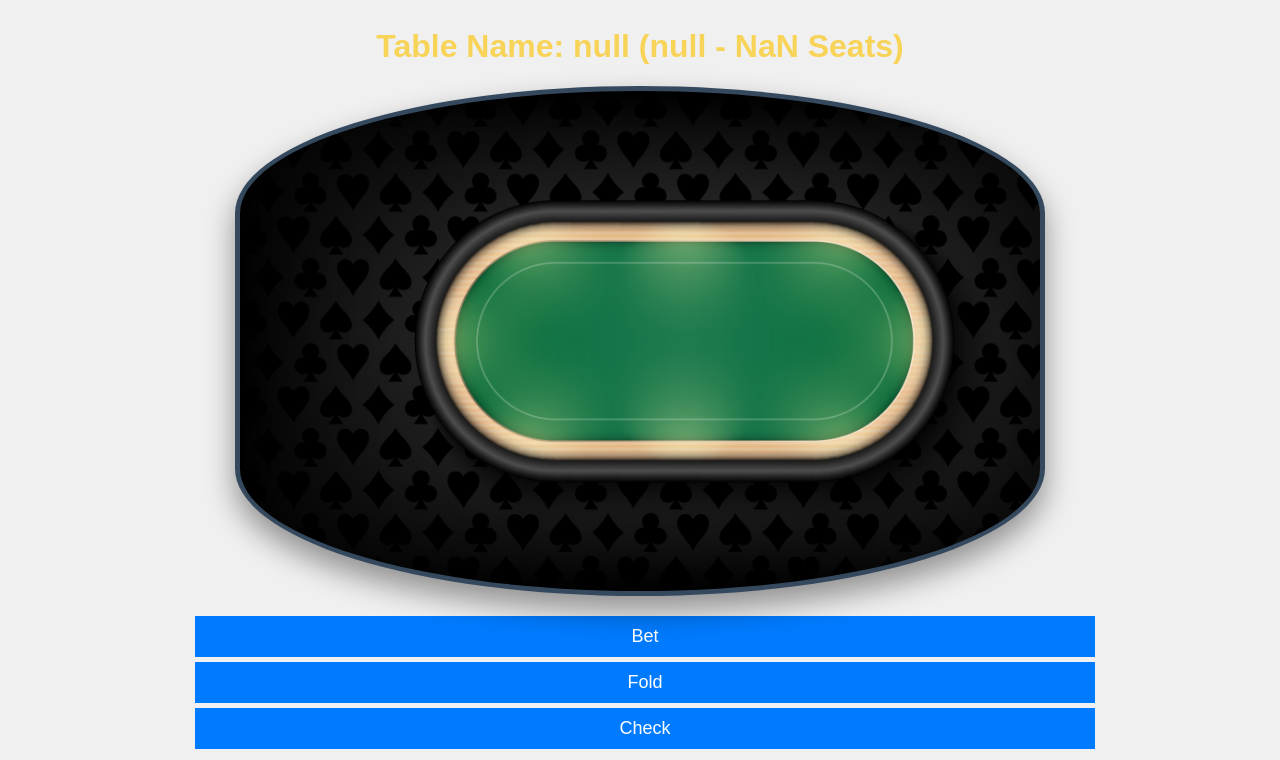
Repository: KidBillionaire/newapp
Page: public/playTable.html
The author's editor kept a copy of each file at every save. The page is drawn from the files as they stood at one save, then again after the next save.
The browser window is 1280 px wide. The pictures show the whole page.

Above is the page before, as saved 2024-10-10 17:14:45.

### public/playTable.html
<!DOCTYPE html>
<html lang="en">
<head>
    <meta charset="UTF-8">
    <meta name="viewport" content="width=device-width, initial-scale=1.0">
    <title>Sit Down at the Poker Table</title>
    <link rel="stylesheet" href="styles.css">
</head>
<body>
    <div class="container">
        <h1 id="tableNameHeading">Poker Table</h1>
        <div id="pokerTableContainer">
            <!-- Seats will be dynamically populated here -->
        </div>
        <div id="actionsContainer">
            <button id="betButton" disabled>Bet</button>
            <button id="foldButton" disabled>Fold</button>
            <button id="checkButton" disabled>Check</button>
        </div>
    </div>

    <script>
        const pokerTableContainer = document.getElementById('pokerTableContainer');
        const betButton = document.getElementById('betButton');
        const foldButton = document.getElementById('foldButton');
        const checkButton = document.getElementById('checkButton');
        const tableNameHeading = document.getElementById('tableNameHeading');

        // Retrieve the table settings from local storage
        const tableName = localStorage.getItem('pokerTableName');
        const numSeats = parseInt(localStorage.getItem('numSeats'));
        const tableType = localStorage.getItem('tableType');

        tableNameHeading.textContent = `Table Name: ${tableName} (${tableType} - ${numSeats} Seats)`;

        // Populate seats around the table
        const xRadius = 350;
        const yRadius = 200;
        const centerX = 400;
        const centerY = 250;

        for (let i = 0; i < numSeats; i++) {
            const seat = document.createElement('div');
            seat.className = 'seat';
            seat.textContent = i + 1;
            seat.setAttribute('data-seat', i);
            seat.addEventListener('click', takeSeat); // Add event listener for seating
            pokerTableContainer.appendChild(seat);

            const angle = (i / numSeats) * (2 * Math.PI);
            const x = centerX + xRadius * Math.cos(angle) - (seat.offsetWidth / 2);
            const y = centerY + yRadius * Math.sin(angle) - (seat.offsetHeight / 2);

            seat.style.left = `${x}px`;
            seat.style.top = `${y}px`;
        }

        // Handle taking a seat
        function takeSeat(event) {
            const seat = event.target;
            const seatNumber = seat.getAttribute('data-seat');

            // Highlight the seat and disable other seats
            seat.style.backgroundColor = '#00cc44'; // Mark user seat as green
            seat.textContent = 'You'; // Change to "You"
            pokerTableContainer.childNodes.forEach(node => node.removeEventListener('click', takeSeat));

            // Enable action buttons
            betButton.disabled = false;
            foldButton.disabled = false;
            checkButton.disabled = false;

            console.log(`You took seat ${seatNumber}. Ready to play!`);
        }

        // Set up button actions
        betButton.addEventListener('click', () => console.log('You bet!'));
        foldButton.addEventListener('click', () => console.log('You folded!'));
        checkButton.addEventListener('click', () => console.log('You checked!'));
    </script>
</body>
</html>

### public/styles.css
/* Root Variables */
:root {
    --primary-color: #333;
    --secondary-color: #007BFF;
    --background: #f7f9fc;
}

/* General Body Styles */
body {
    font-family: Arial, sans-serif;
    background: var(--background);
    color: var(--primary-color);
    padding: 20px;
}

/* Typography */
h1 {
    text-align: center;
    color: var(--primary-color);
}

.montserrat-title {
    font-family: 'Montserrat', sans-serif;
    font-weight: 700;
}

.montserrat-body {
    font-family: 'Montserrat', sans-serif;
    font-weight: 400;
}

/* Button Styles */
button {
    display: block;
    margin: 10px auto;
    padding: 10px 20px;
    font-size: 16px;
    background-color: var(--secondary-color);
    color: white;
    cursor: pointer;
    border: none;
    transition: background-color 0.3s;
}

button:hover {
    background-color: #555;
}

/* Table Styles */
#userTable {
    width: 80%;
    margin: 0 auto;
    border-collapse: collapse;
}

#userTable th,
#userTable td {
    border: 1px solid #ddd;
    padding: 8px;
    text-align: center;
}

#userTable th {
    background-color: var(--primary-color);
    color: white;
}

/* Profile Settings Section */
#profileSettings {
    margin: 20px auto;
    width: 50%;
    border: 1px solid #ddd;
    padding: 20px;
    background-color: #fff;
    box-shadow: 0 0 10px rgba(0, 0, 0, 0.1);
}

#profileSettings label {
    display: inline-block;
    width: 150px;
}

#profileSettings input {
    width: calc(100% - 160px);
    padding: 8px;
    margin: 8px 0;
}

#profileSettings button {
    width: 100%;
    padding: 10px;
}

/* Create a specific class for the Create Poker Table page */
.create-table-page {
    background-image: url('images/vecteezy_poker-table-green-cloth-on-dark-background-vector-illustration_6325236.jpg');
    background-size: cover;
    background-repeat: no-repeat;
    background-position: center;
    background-attachment: fixed;
    height: 100vh;
    display: flex;
    justify-content: center;
    align-items: center;
    position: relative; /* Allows for overlay positioning */
}

.create-table-page::after {
    content: '';
    position: absolute;
    top: 0;
    left: 0;
    width: 100%;
    height: 100%;
    background: rgba(255, 255, 255, 0.5);
    z-index: -1;
}

/* Poker Table Container */
#pokerTableContainer {
    display: flex;
    justify-content: center;
    align-items: center;
    margin-top: 30px;
}

/* Poker Table Styles */
#pokerTable {
    position: relative;
    width: 500px;
    height: 500px;
    border-radius: 50%;
    background: url('images/vecteezy_poker-table-green-cloth-on-dark-background-vector-illustration_6325236.jpg') center/cover;
    box-shadow: 0 0 20px rgba(0, 0, 0, 0.5);
}

/* Seat Styles */
.seat {
    position: absolute;
    width: 60px;
    height: 60px;
    border-radius: 50%;
    background-color: #333;
    color: white;
    display: flex;
    justify-content: center;
    align-items: center;
    font-size: 14px;
    box-shadow: 0 0 10px rgba(0, 0, 0, 0.2);
    display: none; /* Initially hide all seats */
}

/* Seat Positions */
.seat-top { top: 29px; left: 50%; transform: translateX(-50%); }
.seat-right { top: 50%; right: 10px; transform: translateY(-50%); }
.seat-bottom { bottom: 10px; left: 50%; transform: translateX(-50%); }
.seat-left { top: 50%; left: 10px; transform: translateY(-50%); }

.seat-top-right { top: 30px; right: 30px; }
.seat-bottom-right { bottom: 30px; right: 30px; }
.seat-bottom-left { bottom: 30px; left: 30px; }
.seat-top-left { top: 30px; left: 30px; }

.seat-top-center { top: 20px; left: 30%; }
.seat-bottom-center { bottom: 20px; left: 30%; }

/* styles.css */
body {
    display: flex;
    justify-content: center;
    align-items: center;
    height: 100vh;
    background-color: #f0f0f0;
    margin: 0;
}

.circle-container {
    position: relative;
    width: 300px;  /* Size of the outer circle */
    height: 300px; /* Size of the outer circle */
    border: 5px solid #000;
    border-radius: 50%; /* Makes it a circle */
}

.avatar {
    position: absolute;
    width: 50px;  /* Size of each avatar */
    height: 50px; /* Size of each avatar */
    background-color: #3498db; /* Avatar color */
    border-radius: 50%; /* Makes it a circle */
}

/* Main Page Styles */
body.create-table-page {
    font-family: 'Arial', sans-serif;
    background-color: #222; /* Dark background for contrast */
    color: #f0f0f0; /* Light font color */
    padding: 20px;
  }

  h1 {
    text-align: center;
    color: #f7d358; /* Golden color */
  }

  /* Center the form */
  form {
    margin: 20px auto;
    width: 300px;
  }

  label, select, input, button {
    display: block;
    width: 100%;
    margin: 10px 0;
  }

  #dealCardsButton {
    width: 200px;
    margin: 20px auto;
    padding: 10px;
    font-size: 18px;
    cursor: pointer;
    text-align: center;
    border: none;
    background: #333;
    color: #f7d358;
    border-radius: 8px;
    transition: background 0.3s ease-in-out, transform 0.2s;
  }

  #dealCardsButton:hover {
    background: #f7d358;
    color: #333;
    transform: scale(1.1);
  }

  /* Poker Table Styles */
  #pokerTableContainer {
    margin: 30px auto;
    width: 800px;
    height: 500px;
    background-image: url('/images/vecteezy_poker-table-green-cloth-on-dark-background-vector-illustration_6325236.jpg');
    background-size: cover;
    border-radius: 50% / 25%; /* Oval shape */
    box-shadow: 0 15px 30px rgba(0, 0, 0, 0.4); /* Add some shadow */
    position: relative;
  }

  .seat {
    width: 50px;
    height: 50px;
    background-color: #ff6347;
    border-radius: 50%;
    display: flex;
    align-items: center;
    justify-content: center;
    color: #fff;
    position: absolute;
  }

  /* Fancy Card Styles */
  .card {
    width: 60px;
    height: 90px;
    background: linear-gradient(135deg, #ffffff, #e9e9e9); /* Gradient for depth */
    border-radius: 10px; /* Smooth rounded corners */
    border: 2px solid #333;
    box-shadow: 0 10px 25px rgba(0, 0, 0, 0.2), 0 5px 15px rgba(0, 0, 0, 0.1); /* Multiple shadow layers */
    display: flex;
    align-items: center;
    justify-content: center;
    color: #333;
    font-size: 24px;
    font-weight: bold;
    position: absolute;
    transform: translate(-50%, -50%) scale(0); /* Start with scale 0 */
    transition: transform 0.4s ease-out, box-shadow 0.3s ease-in-out; /* Smooth animation */
  }

  .card.deal {
    transform: translate(-50%, -50%) scale(1); /* Scale up on deal */
  }

  .card:hover {
    box-shadow: 0 15px 35px rgba(0, 0, 0, 0.5), 0 8px 25px rgba(0, 0, 0, 0.2); /* Pop effect on hover */
    transform: scale(1.05); /* Slight increase in size */
  }

  /* Card Suit Colors */
  .card.red { color: #e74c3c; } /* Red suits: Diamonds, Hearts */
  .card.black { color: #333; }  /* Black suits: Spades, Clubs */

  /* Card Back Styles */
  .card-back {
    background: linear-gradient(135deg, #2c3e50, #34495e); /* Dark blue gradient */
    color: #ecf0f1; /* Light text color */
    box-shadow: 0 10px 25px rgba(0, 0, 0, 0.4);
    display: flex;
    align-items: center;
    justify-content: center;
    font-size: 20px;
  }

  .container {
    width: 900px;
    margin: 0 auto;
}

#pokerTableContainer {
    width: 800px;
    height: 500px;
    background-color: #2c3e50;
    border-radius: 50% / 25%; /* Oval shape */
    margin: 20px auto;
    position: relative;
    border: 5px solid #34495e;
}

.seat {
    width: 50px;
    height: 50px;
    background-color: #e74c3c;
    border-radius: 50%;
    display: flex;
    align-items: center;
    justify-content: center;
    color: #fff;
    position: absolute;
    cursor: pointer;
    transition: background 0.3s ease;
}

.seat:hover {
    background-color: #ff6347;
}

#actionsContainer {
    text-align: center;
    margin-top: 20px;
}

button {
    margin: 5px;
    padding: 10px 20px;
    font-size: 18px;
}

After the next save:
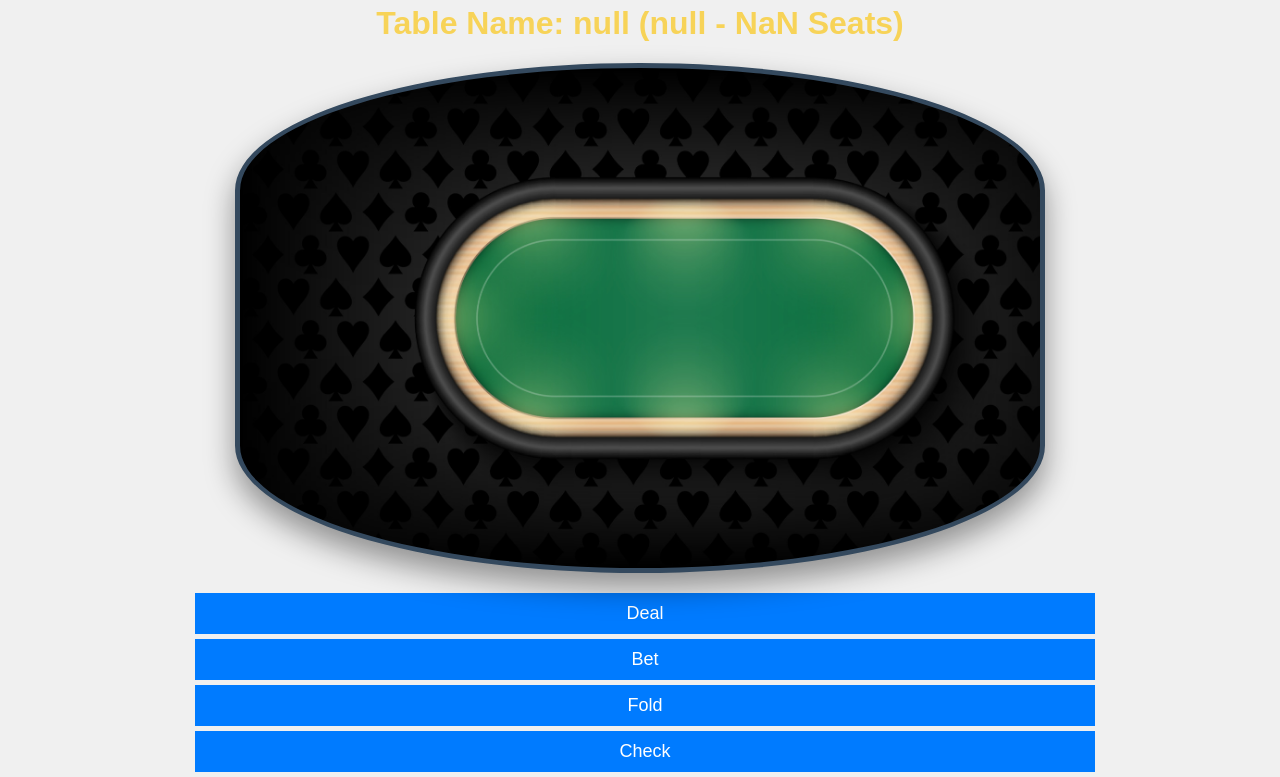
Saved 108 s later.
--- a/public/playTable.html
+++ b/public/playTable.html
@@ -11,8 +11,18 @@
         <h1 id="tableNameHeading">Poker Table</h1>
         <div id="pokerTableContainer">
             <!-- Seats will be dynamically populated here -->
+            <div id="communityCardsContainer">
+                <div class="community-card" id="card1"></div>
+                <div class="community-card" id="card2"></div>
+                <div class="community-card" id="card3"></div>
+                <div class="community-card" id="card4"></div>
+                <div class="community-card" id="card5"></div>
+            </div>
         </div>
+
+        <!-- Action Buttons -->
         <div id="actionsContainer">
+            <button id="dealButton">Deal</button>
             <button id="betButton" disabled>Bet</button>
             <button id="foldButton" disabled>Fold</button>
             <button id="checkButton" disabled>Check</button>
@@ -24,59 +34,110 @@
         const betButton = document.getElementById('betButton');
         const foldButton = document.getElementById('foldButton');
         const checkButton = document.getElementById('checkButton');
+        const dealButton = document.getElementById('dealButton');
         const tableNameHeading = document.getElementById('tableNameHeading');
+        const communityCards = document.querySelectorAll('.community-card');
 
-        // Retrieve the table settings from local storage
+        // Retrieve table settings from local storage
         const tableName = localStorage.getItem('pokerTableName');
         const numSeats = parseInt(localStorage.getItem('numSeats'));
         const tableType = localStorage.getItem('tableType');
 
         tableNameHeading.textContent = `Table Name: ${tableName} (${tableType} - ${numSeats} Seats)`;
 
-        // Populate seats around the table
-        const xRadius = 350;
-        const yRadius = 200;
-        const centerX = 400;
-        const centerY = 250;
+        let playerSeated = false;
+        let playerHand = [];
 
-        for (let i = 0; i < numSeats; i++) {
-            const seat = document.createElement('div');
-            seat.className = 'seat';
-            seat.textContent = i + 1;
-            seat.setAttribute('data-seat', i);
-            seat.addEventListener('click', takeSeat); // Add event listener for seating
-            pokerTableContainer.appendChild(seat);
+        // Function to populate seats around the table
+        function setupTable() {
+            const xRadius = 350;
+            const yRadius = 200;
+            const centerX = 400;
+            const centerY = 250;
 
-            const angle = (i / numSeats) * (2 * Math.PI);
-            const x = centerX + xRadius * Math.cos(angle) - (seat.offsetWidth / 2);
-            const y = centerY + yRadius * Math.sin(angle) - (seat.offsetHeight / 2);
+            for (let i = 0; i < numSeats; i++) {
+                const seat = document.createElement('div');
+                seat.className = 'seat';
+                seat.textContent = i + 1;
+                seat.setAttribute('data-seat', i);
+                seat.addEventListener('click', takeSeat); // Seat click event
+                pokerTableContainer.appendChild(seat);
 
-            seat.style.left = `${x}px`;
-            seat.style.top = `${y}px`;
+                const angle = (i / numSeats) * (2 * Math.PI);
+                const x = centerX + xRadius * Math.cos(angle) - (seat.offsetWidth / 2);
+                const y = centerY + yRadius * Math.sin(angle) - (seat.offsetHeight / 2);
+
+                seat.style.left = `${x}px`;
+                seat.style.top = `${y}px`;
+            }
         }
 
-        // Handle taking a seat
+        // Player takes a seat
         function takeSeat(event) {
             const seat = event.target;
-            const seatNumber = seat.getAttribute('data-seat');
+            seat.textContent = 'You';
+            seat.style.backgroundColor = '#00cc44';
+            pokerTableContainer.childNodes.forEach(node => node.removeEventListener('click', takeSeat)); // Disable other seats
 
-            // Highlight the seat and disable other seats
-            seat.style.backgroundColor = '#00cc44'; // Mark user seat as green
-            seat.textContent = 'You'; // Change to "You"
-            pokerTableContainer.childNodes.forEach(node => node.removeEventListener('click', takeSeat));
+            playerSeated = true; // Player is now seated
+            dealButton.disabled = false; // Enable deal button
+        }
 
-            // Enable action buttons
+        // Function to handle dealing cards
+        function dealCards() {
+            if (!playerSeated) {
+                alert('Please take a seat to start the game!');
+                return;
+            }
+
+            dealButton.disabled = true; // Disable Deal button after dealing
+
+            // Deal 2 cards to the player
+            playerHand = [
+                randomCard(),
+                randomCard()
+            ];
+            console.log(`Your hand: ${playerHand.join(', ')}`);
+
+            // Show flop cards (after a short delay for visual effect)
+            setTimeout(() => {
+                communityCards[0].textContent = randomCard();
+                communityCards[1].textContent = randomCard();
+                communityCards[2].textContent = randomCard();
+                communityCards[0].classList.add('deal');
+                communityCards[1].classList.add('deal');
+                communityCards[2].classList.add('deal');
+
+                // Pause for player actions
+                enablePlayerActions();
+            }, 1000);
+        }
+
+        // Enable player action buttons
+        function enablePlayerActions() {
             betButton.disabled = false;
             foldButton.disabled = false;
             checkButton.disabled = false;
 
-            console.log(`You took seat ${seatNumber}. Ready to play!`);
+            console.log('Player actions enabled. Choose your move!');
         }
 
-        // Set up button actions
+        // Simple random card generator
+        function randomCard() {
+            const suits = ['♥', '♦', '♣', '♠'];
+            const values = ['2', '3', '4', '5', '6', '7', '8', '9', '10', 'J', 'Q', 'K', 'A'];
+            const suit = suits[Math.floor(Math.random() * suits.length)];
+            const value = values[Math.floor(Math.random() * values.length)];
+            return `${value}${suit}`;
+        }
+
+        // Attach event listeners
+        dealButton.addEventListener('click', dealCards);
         betButton.addEventListener('click', () => console.log('You bet!'));
         foldButton.addEventListener('click', () => console.log('You folded!'));
         checkButton.addEventListener('click', () => console.log('You checked!'));
+
+        setupTable(); // Initialize the table
     </script>
 </body>
 </html>
